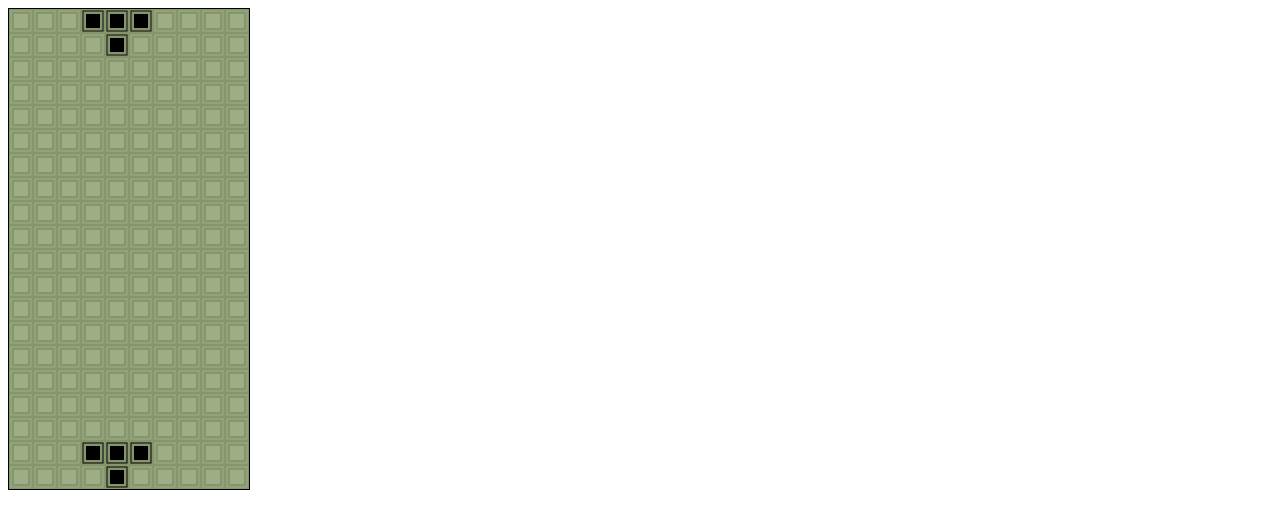
Repository: yzarc204/tetris-web
Page: index.html
These files come from the project's save history. The page is drawn as it stood at one moment and after the next save; the edit follows.
The browser window is 1280 px wide. The pictures show the whole page.

Above is the page before, as saved 2021-09-20 23:44:46.

After the next save:
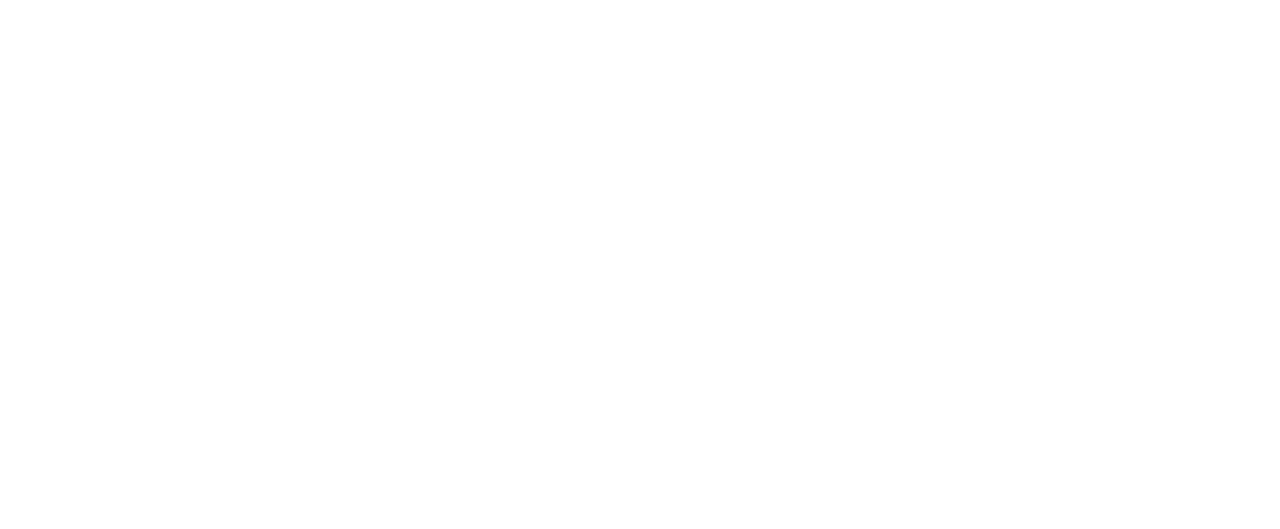
Console error: TypeError: Cannot read properties of null (reading 'click')
Saved 25 s later.
--- a/js/music.js
+++ b/js/music.js
@@ -2,6 +2,7 @@
     constructor() {
         this.song = new Audio();
         this.song.src = '../src/background.mp3';
+        this.trigger();
         this.play();
     }
 

After the save that followed:
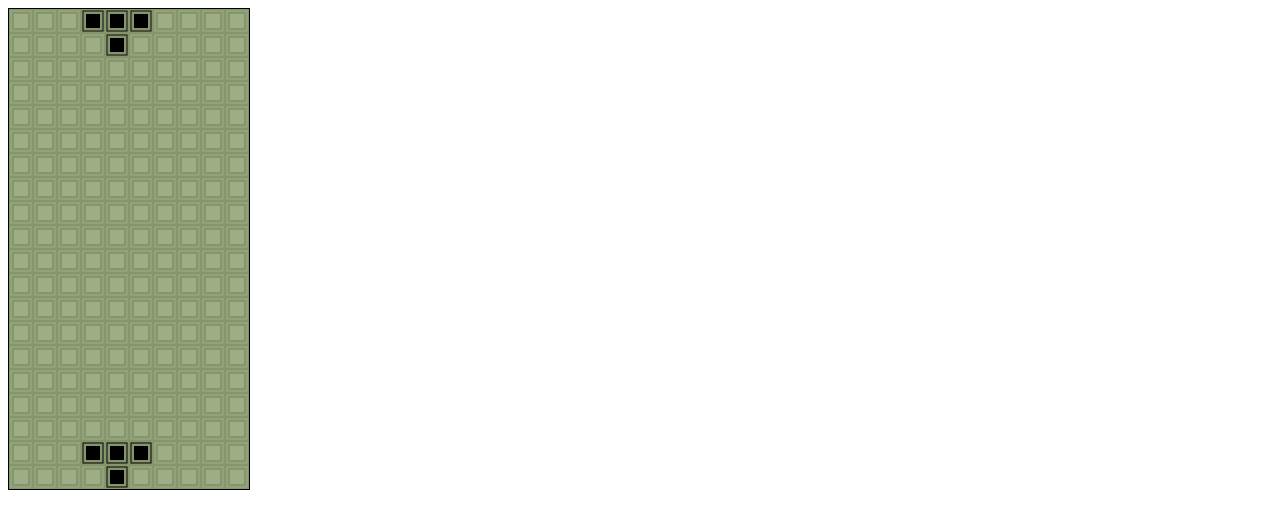
The error is gone.
Saved 20 s later.
--- a/js/game.js
+++ b/js/game.js
@@ -7,7 +7,7 @@
         this.line = 0;
         this.drawLoop = null;
         this.updateLoop = null;
-        this.music = new Music();
+        this.music = null;
         this.init();
         this.keyboardSettings();
         this.startGame();
